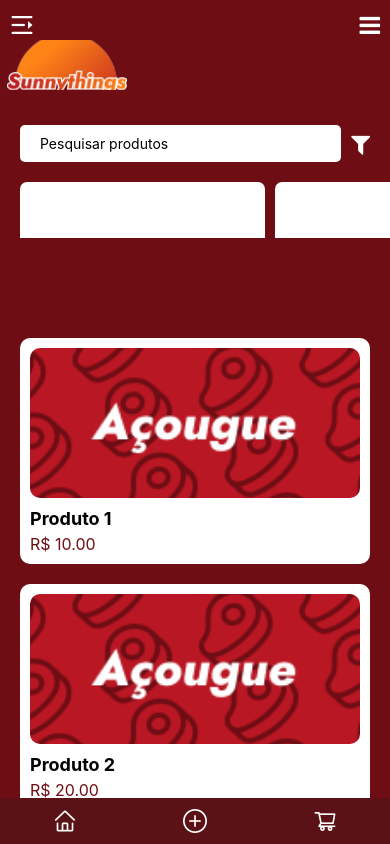
Repository: Luizzzin/SuperMercado
Screen: / (app in suny/)
The author's editor kept a copy of each file at every save. The screen is drawn from the files as they stood at one save, then again after the next save.
An inner scrolling area shows only its first screen. The app was drawn by React Native's web renderer in a window 390 px wide. The project was rebuilt for these pictures with package versions that can differ from the ones it lists, and the page was loaded fresh each time.

Above is the screen before, as saved 2024-05-09 20:11:56.

### suny/App.js
import React from 'react';
import { NavigationContainer } from '@react-navigation/native';
import { createStackNavigator } from '@react-navigation/stack';
import Routes from './routes'; // Importe o componente Routes

const Stack = createStackNavigator();

const App = () => {
  return <Routes />;
}

export default App;

### suny/routes.js
import React from 'react';
import { NavigationContainer } from '@react-navigation/native';
import { createStackNavigator } from '@react-navigation/stack';
import HomeScreen from './HomeScreen'; // Importe o componente HomeScreen

const Stack = createStackNavigator();

const Routes = () => {
  return (
    <NavigationContainer>
      <HomeScreen />
    </NavigationContainer>
  );
}

export default Routes;

### suny/HomeScreen.js
import React from 'react';
import { View, Text, StyleSheet, TouchableOpacity, TextInput, Image, ScrollView } from 'react-native';
import { AntDesign, FontAwesome } from '@expo/vector-icons'; // Certifique-se de instalar o pacote expo-vector-icons

const HomeScreen = () => {

  const categories = ['Categoria 1', 'Categoria 2', 'Categoria 3', 'Categoria 4', 'Categoria 5', 'Categoria 6', 'Categoria 7'];

  const products = [
    { id: 1, name: 'Produto 1', price: 10, image: require('./path/to/image1.png') },
    { id: 2, name: 'Produto 2', price: 20, image: require('./path/to/image1.png') },
    { id: 3, name: 'Produto 3', price: 30, image: require('./path/to/image1.png') },
    { id: 4, name: 'Produto 4', price: 40, image: require('./path/to/image1.png') },
    { id: 5, name: 'Produto 5', price: 50, image: require('./path/to/image1.png') },
    { id: 6, name: 'Produto 6', price: 60, image: require('./path/to/image1.png') },
  ];

  return (
    <View style={styles.container}>
      {/* Header */}
      <View style={styles.header}>
        <TouchableOpacity onPress={() => console.log("Menu clicked")}>
          <AntDesign name="menu-fold" size={24} color="white" />
        </TouchableOpacity>
        <Image source={require('./path/to/your/logo.png')} style={styles.logo} />
        <TouchableOpacity onPress={() => console.log("Hamburger clicked")}>
          <FontAwesome name="bars" size={24} color="white" />
        </TouchableOpacity>
      </View>

      {/* Search Bar */}
      <View style={styles.searchBar}>
        <TextInput
          style={styles.input}
          placeholder="Pesquisar produtos"
        />
        <TouchableOpacity onPress={() => console.log("Filter clicked")}>
          <FontAwesome name="filter" size={24} color="white" />
        </TouchableOpacity>
      </View>

      {/* Category Carousel */}
      <ScrollView horizontal style={styles.carousel}>
        {categories.map((category, index) => (
          <TouchableOpacity key={index} style={styles.categoryItem}>
            <Text style={styles.categoryText}>{category}</Text>
          </TouchableOpacity>
        ))}
      </ScrollView>

      {/* Product Cards */}
      <ScrollView style={styles.productContainer}>
        {products.map(product => (
          <TouchableOpacity key={product.id} style={styles.productCard}>
            <Image source={product.image} style={styles.productImage} />
            <Text style={styles.productName}>{product.name}</Text>
            <Text style={styles.productPrice}>R$ {product.price.toFixed(2)}</Text>
          </TouchableOpacity>
        ))}
      </ScrollView>

      {/* Tab Bar */}
      <View style={styles.tabBar}>
        <TouchableOpacity onPress={() => console.log("Home clicked")} style={styles.tabItem}>
          <AntDesign name="home" size={24} color="white" />
        </TouchableOpacity>
        <TouchableOpacity onPress={() => console.log("Add clicked")} style={styles.tabItem}>
          <AntDesign name="pluscircleo" size={24} color="white" />
        </TouchableOpacity>
        <TouchableOpacity onPress={() => console.log("Cart clicked")} style={styles.tabItem}>
          <AntDesign name="shoppingcart" size={24} color="white" />
        </TouchableOpacity>
      </View>
    </View>
  );
}

const styles = StyleSheet.create({
  container: {
    flex: 1,
    backgroundColor: '#6F0D15',
  },
  header: {
    flexDirection: 'row',
    justifyContent: 'space-between',
    alignItems: 'center',
    paddingHorizontal: 10,
    paddingTop: 0,
  },
  logo: {
    width: 120,
    height: 50,
    right: 130,
    top: 40,
  },
  searchBar: {
    flexDirection: 'row',
    alignItems: 'center',
    paddingHorizontal: 20,
    marginTop: 75,
  },
  input: {
    flex: 1,
    backgroundColor: 'white',
    borderRadius: 5,
    paddingVertical: 10,
    paddingHorizontal: 20,
    marginRight: 10,
  },
  carousel: {
    marginTop: 20,
    paddingHorizontal: 20,
    marginBottom: 20,
  },
  categoryItem: {
    marginRight: 10,
    padding: 80,
    backgroundColor: 'white',
    borderRadius: 7,
  },
  categoryText: {
    color: '#6F0D15',
    fontSize: 16,
  },
  productContainer: {
    paddingHorizontal: 20,
    paddingTop: 80,
  },
  productCard: {
    marginBottom: 20,
    backgroundColor: 'white',
    borderRadius: 10,
    padding: 10,
  },
  productImage: {
    width: '100%',
    height: 150,
    borderRadius: 10,
  },
  productName: {
    marginTop: 10,
    fontSize: 18,
    fontWeight: 'bold',
  },
  productPrice: {
    marginTop: 5,
    fontSize: 16,
    color: '#6F0D15',
  },
  tabBar: {
    flexDirection: 'row',
    justifyContent: 'space-around',
    backgroundColor: '#5A1217',
    paddingVertical: 10,
  },
  tabItem: {
    flex: 1,
    alignItems: 'center',
  },
});

export default HomeScreen;

After the next save:
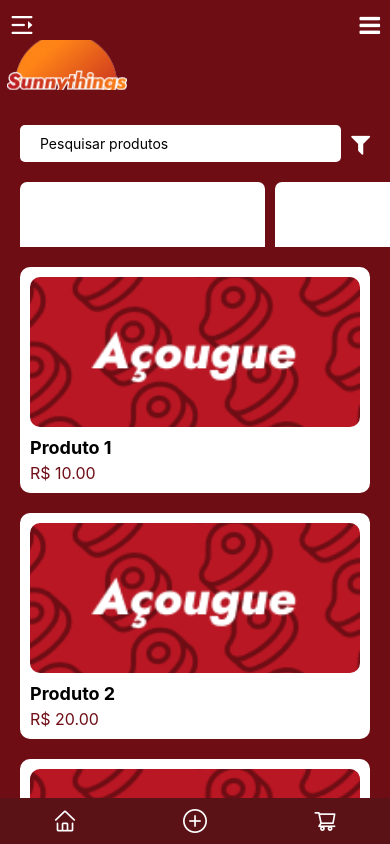
Saved 9 s later.
--- a/suny/HomeScreen.js
+++ b/suny/HomeScreen.js
@@ -124,7 +124,7 @@
   },
   productContainer: {
     paddingHorizontal: 20,
-    paddingTop: 80,
+    paddingTop: -80,
   },
   productCard: {
     marginBottom: 20,
